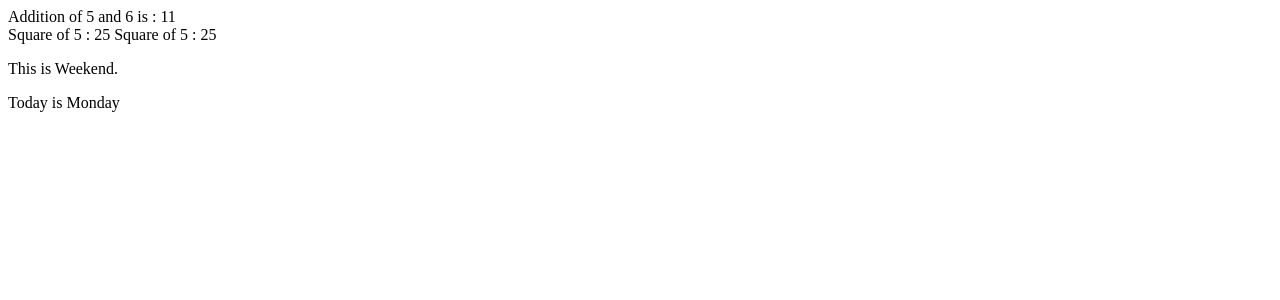
Repository: Shivanishinde8225/User-Managment-System
Page: http://localhost/JspDemo/Demo.jsp
These files come from the project's save history. The page is drawn as it stood at one moment and after the next save; the edit follows.
The browser window is 1280 px wide. The pictures show the whole page.
The page is served by Tomcat 9.

Above is the page before, as saved 2023-04-01 05:28:55.

### JspDemo/webapp/Demo.jsp
<%@ page language="java" contentType="text/html; charset=UTF-8"
    pageEncoding="UTF-8"%>
<!DOCTYPE html>
<html>
<head>
<meta charset="UTF-8">
<title>Insert title here</title>
</head>
<body>
	<%!
		int add(int x,int y){
			return x+y;
	    }
		int square(int n){
			return n*n;
		}
	%>
	<%= "Addition of 5 and 6 is : "+add(5, 6) %><br>
	<%= "Square of 5 : "+square(5) %>

	<%out.print("Square of 5 : "+square(5) );%><br>

	<%-- This is comments --%>

	<%! int day = 6; %>
	<%if(day == 6 || day == 7){%>
		<p>This is Weekend.</p>
	<%}else{%>
		<p>This is not Weekend.</p>
	<%}%>

	<%--This is comments --%>

	<%!String days = "mon" ; %>
	<%switch(days){
	case "mon":
		out.print("Today is Monday");
		break;
	case "tue":
		out.print("Today is Tusday");
		break;
	case "wed":
		out.print("Today is Wednesday");
		break;
	case "thu":
		out.print("Today is Thrusday");
		break;
	case "fri":
		out.print("Today is Friday");
		break;
	case "sat":
		out.print("Today is Saturday");
		break;
	case "sun":
		out.print("Today is Sunday");
		break;
	default:
		out.print("invalid input");
	} %>
</body>
</html>

After the next save:
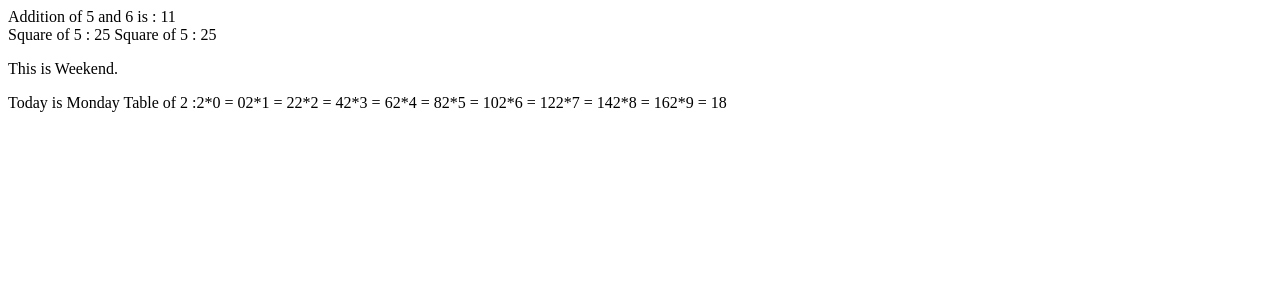
Saved 5 min 57 s later.
--- a/JspDemo/webapp/Demo.jsp
+++ b/JspDemo/webapp/Demo.jsp
@@ -57,5 +57,11 @@
 	default:
 		out.print("invalid input");
 	} %>
+
+	<%out.print("Table of 2 :");
+	for(int i = 0; i < 10; i++){
+		out.print("2"+"*"+i+" = "+(2*i));
+
+	} %>
 </body>
 </html>
